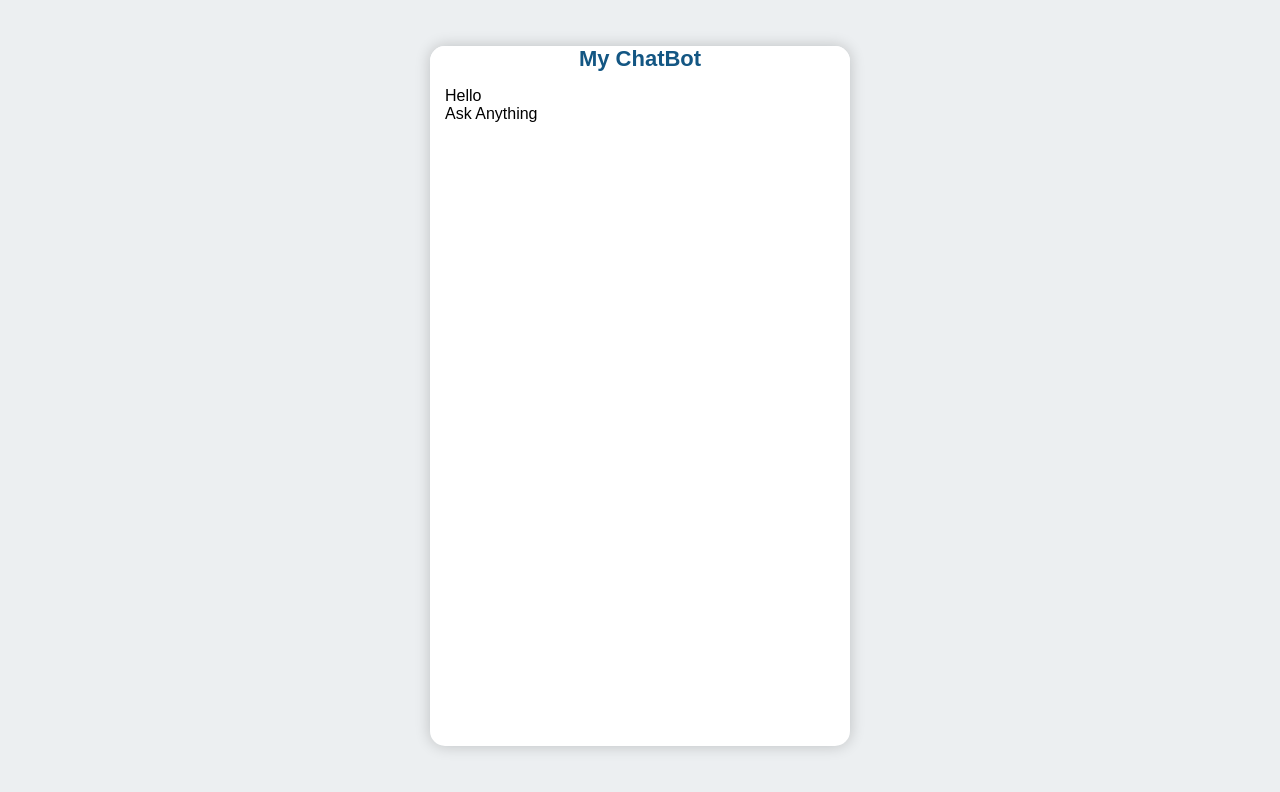
Repository: nt269782-web/Offline-ChatBot
Page: front.html
The author's editor kept a copy of each file at every save. The page is drawn from the files as they stood at one save, then again after a run of saves.
The browser window is 1280 px wide. The pictures show the whole page.

Above is the page before, as saved 2026-07-07 15:17:28.

After the next 2 saves:
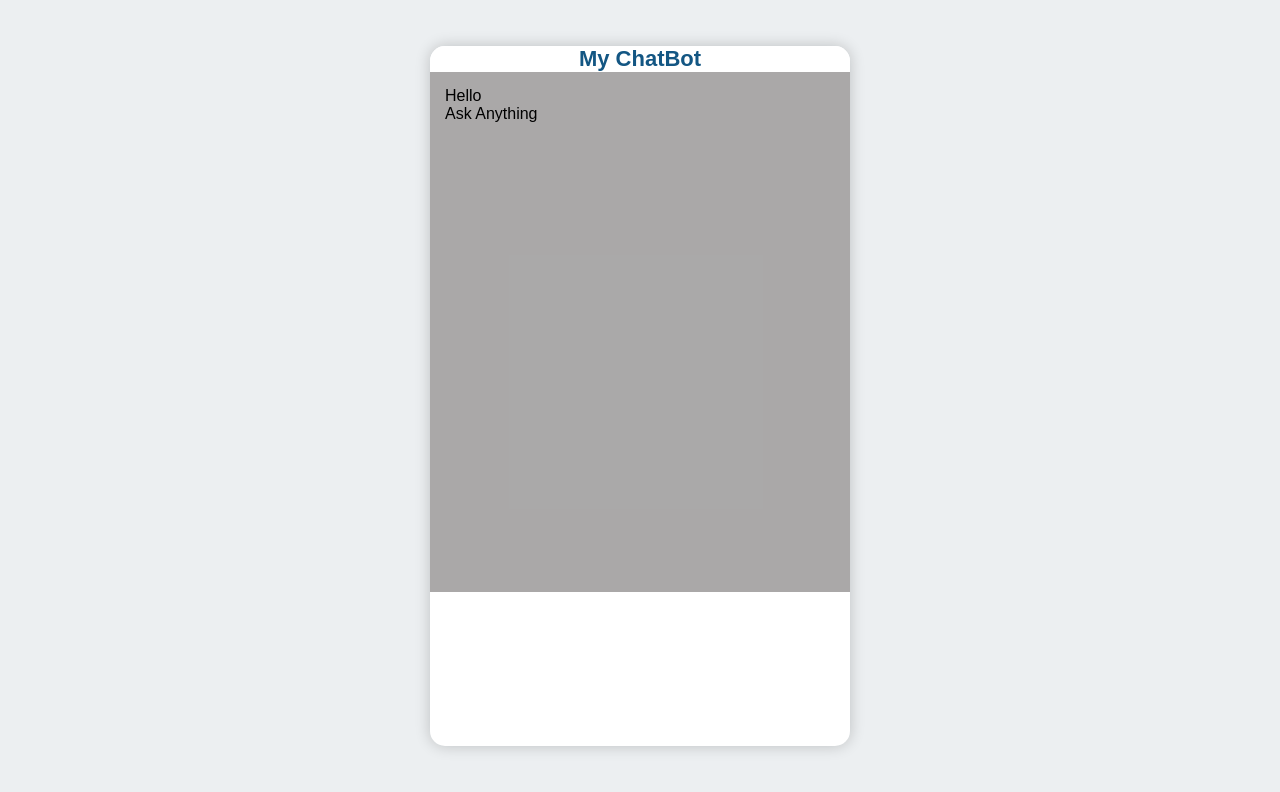
The 2 saves are shown as one change because they came seconds apart.
The last was saved 17 s later.
--- a/front.html
+++ b/front.html
@@ -41,7 +41,7 @@
             height: 520px;
             overflow: auto;
             padding: 15px;
-            background: rgba(255, 255, 255, 0.445);
+            background: rgba(63, 60, 60, 0.445);
         }
     </style>
 </head>
